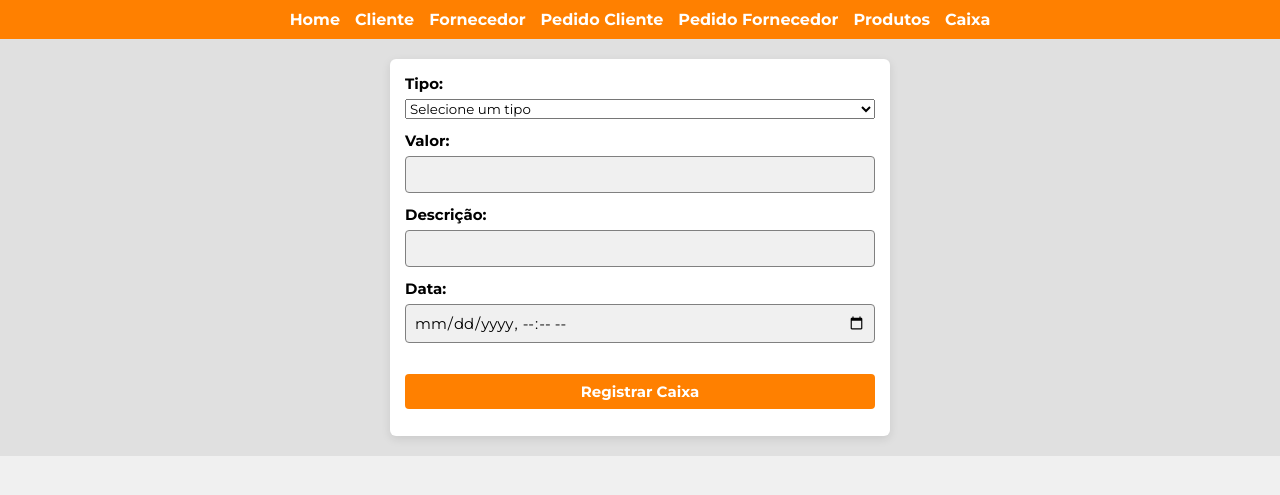
Repository: walterdmp/JavaWeb_BartoBotinas
Page: http://localhost/BartoBotinas/cadastrarCaixa.jsp
An editor plug-in stored every save of this project. The page is shown before and after the next save, followed by the edit.
The browser window is 1280 px wide. The pictures show the whole page.
The page is served by Tomcat 9.

Above is the page before, as saved 2024-07-31 20:10:15.

After the next save:
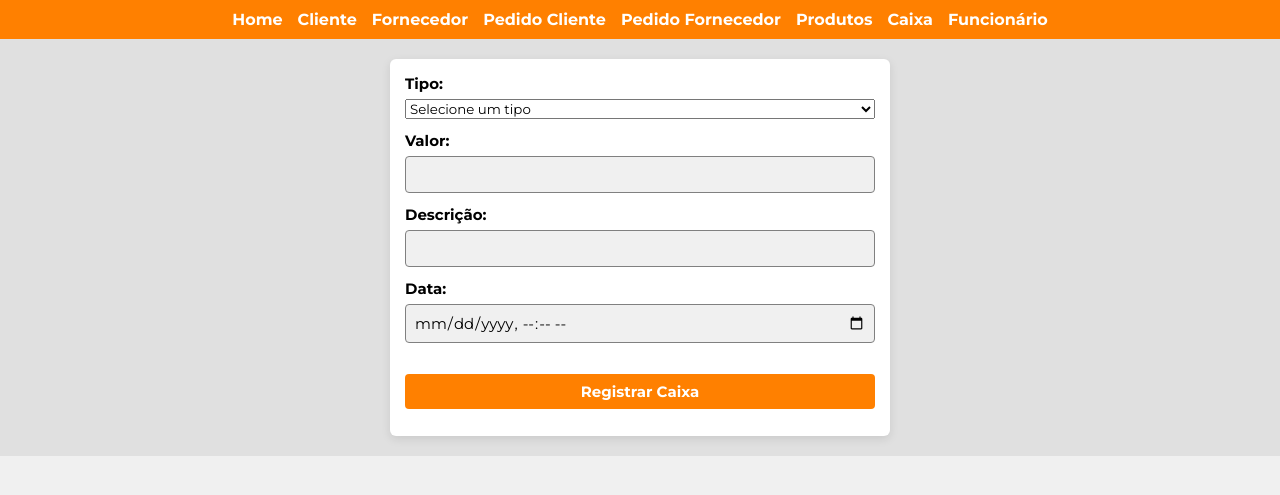
Saved 30 s later.
--- a/BartoBotinas/WebContent/cadastrarCaixa.jsp
+++ b/BartoBotinas/WebContent/cadastrarCaixa.jsp
@@ -14,38 +14,37 @@
 			<li><a href="cadastrarCliente.jsp">Cliente</a></li>
 			<li><a href="cadastrarFornecedor.jsp">Fornecedor</a></li>
 			<li><a href="cadastrarPedidoCliente.jsp">Pedido Cliente</a></li>
-			<li><a href="cadastrarPedidoFornecedor.jsp">Pedido
-					Fornecedor</a></li>
+			<li><a href="cadastrarPedidoFornecedor.jsp">Pedido Fornecedor</a></li>
 			<li><a href="cadastrarProdutos.jsp">Produtos</a></li>
 			<li><a href="cadastrarCaixa.jsp">Caixa</a></li>
+			<li><a href="cadastrarFuncionario.jsp">Funcionário</a></li>
 		</ul>
 	</nav>
 	<main class="bartoMain">
 		<form action="cadastrarCaixa" method="post" class="bartoForm">
 			<div>
-				<label for="tipo"><strong>Tipo:</strong></label> <select id="tipo"
-					name="tipo" required>
+				<label for="tipo"><strong>Tipo:</strong></label>
+				<select id="tipo" name="tipo" required>
 					<option value="">Selecione um tipo</option>
 					<option value="Entrada">Entrada</option>
 					<option value="Saida">Saída</option>
 				</select>
 			</div>
 			<div>
-				<label for="valor"><strong>Valor:</strong></label> <input
-					type="number" step="0.01" id="valor" name="valor" required>
+				<label for="valor"><strong>Valor:</strong></label>
+				<input type="number" step="0.01" id="valor" name="valor" required>
 			</div>
 			<div>
-				<label for="descricao"><strong>Descrição:</strong></label> <input
-					type="text" id="descricao" name="descricao">
+				<label for="descricao"><strong>Descrição:</strong></label>
+				<input type="text" id="descricao" name="descricao">
 			</div>
 			<div>
-				<label for="data"><strong>Data:</strong></label> <input
-					type="datetime-local" id="data" name="data" required>
+				<label for="data"><strong>Data:</strong></label>
+				<input type="datetime-local" id="data" name="data" required>
 			</div>
 			<br>
 			<div>
-				<input id="bartoButton" type="submit" name="salvar"
-					value="Registrar Caixa">
+				<input id="bartoButton" type="submit" name="salvar" value="Registrar Caixa">
 			</div>
 		</form>
 	</main>
